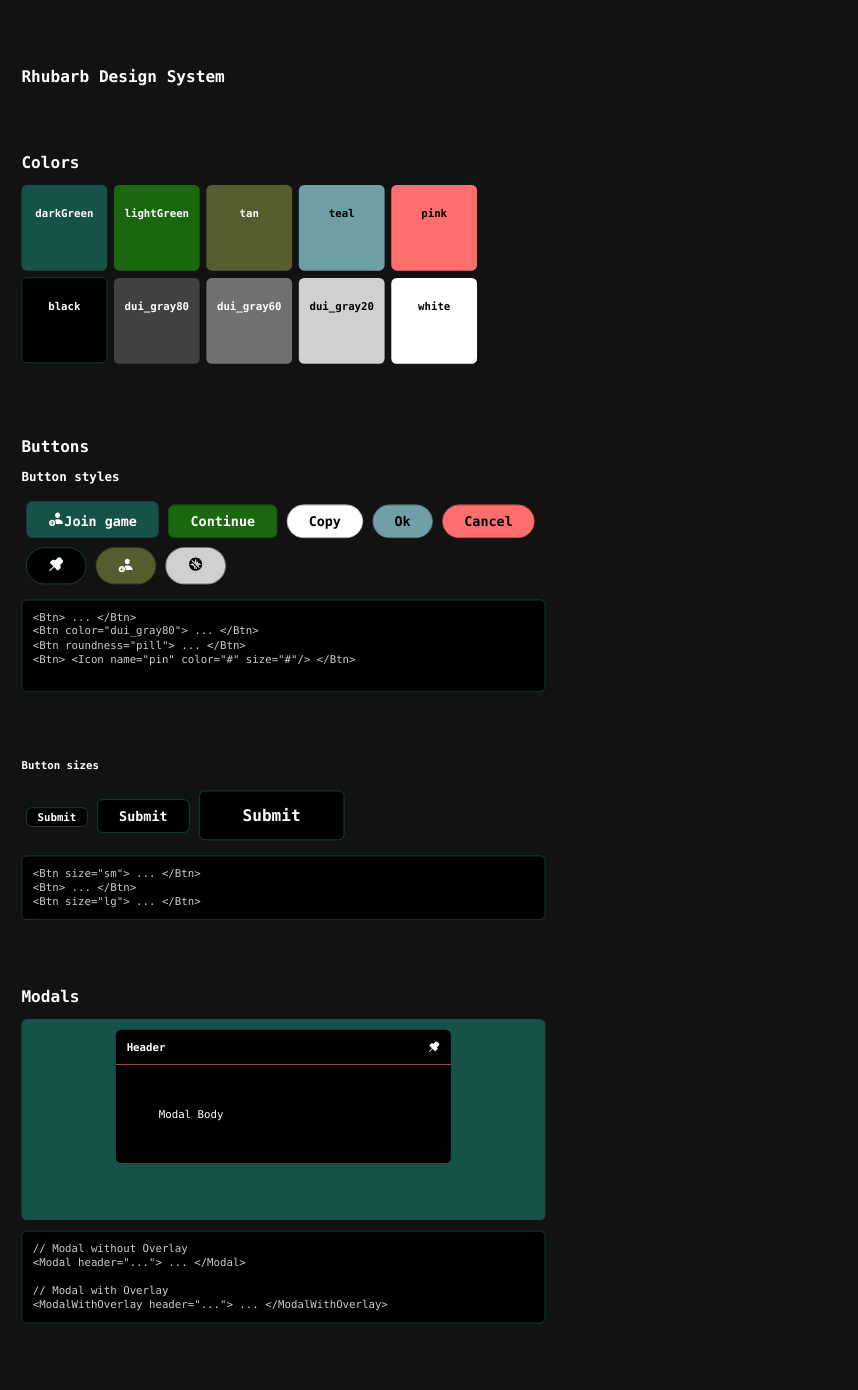
Repository: kttalley/designing-with-data_react-class
Page: / (app in lesson6_design-system-component-extension/)
An editor plug-in stored every save of this project. The page is shown before and after the next save, followed by the edit.
The browser window is 1280 px wide. The pictures show the whole page, at 67% of full size.
The project was rebuilt for these pictures with package versions that can differ from the ones it lists, and the page was loaded fresh each time. Imported but missing from the stored project, and not drawn on this page: lesson6_design-system-component-extension/src/Rhubarb/Input.

Above is the page before, as saved 2023-09-01 13:15:23.

### lesson6_design-system-component-extension/src/App.js
import React, { Component } from 'react';
import { DocsSection, DocsColorBox, DocsModalContainer, DocsCodeBlock } from './Docs';
import Icon from './Rhubarb/Icon'

import {
  GlobalStyle,
  Btn,
  Modal,
  fontSize,
  color,
} from './Rhubarb';

class App extends Component {
  render() {
    return (
      <div>
        <GlobalStyle />

        <DocsSection>
          <h1>Rhubarb Design System</h1>
        </DocsSection>
        <DocsSection>
          <h2>Colors</h2>
          <DocsColorBox color="darkGreen">darkGreen</DocsColorBox>
          <DocsColorBox color="lightGreen">lightGreen</DocsColorBox>
          <DocsColorBox color="tan">tan</DocsColorBox>
          <DocsColorBox color="teal">teal</DocsColorBox>
          <DocsColorBox color="pink">pink</DocsColorBox>
          <DocsColorBox color="black">black</DocsColorBox>
          <DocsColorBox color="dui_gray80">dui_gray80</DocsColorBox>
          <DocsColorBox color="dui_gray60">dui_gray60</DocsColorBox>
          <DocsColorBox color="dui_gray20">dui_gray20</DocsColorBox>
          <DocsColorBox color="white">white</DocsColorBox>
        </DocsSection>

        <DocsSection>
          <h2>Buttons</h2>
          <h3>Button styles</h3>
          <Btn color="darkGreen">
            <Icon name="add" context="btn" color="#ffffff" size={fontSize[3]}></Icon>
            Join game
          </Btn>
          <Btn color="lightGreen">Continue</Btn>
          <Btn color="white"  roundness="pill">Copy</Btn>
          <Btn color="teal"  roundness="pill">Ok</Btn>
          <Btn color="pink"  roundness="pill">Cancel</Btn>
          <Btn roundness="pill">
            <Icon name="pin" size={fontSize[3]} />
          </Btn>
          <Btn roundness="pill" color="tan">
            <Icon name="add" size={fontSize[3]} />
          </Btn>
          <Btn color="dui_gray20" roundness="pill">
            <Icon name="cancel" color={color.black} size={fontSize[3]}></Icon>
          </Btn>
          <DocsCodeBlock>
            {`<Btn> ... </Btn>
            <Btn color="dui_gray80"> ... </Btn>
            <Btn roundness="pill"> ... </Btn>
            <Btn> <Icon name="pin" color="#" size="#"/> </Btn>

            `}
          </DocsCodeBlock>
      </DocsSection>
      <DocsSection>
          <h4>Button sizes</h4>
          <Btn size="sm">Submit</Btn>
          <Btn>Submit</Btn>
          <Btn size="lg">Submit</Btn>
           <DocsCodeBlock>
            {`<Btn size="sm"> ... </Btn>
            <Btn> ... </Btn>
            <Btn size="lg"> ... </Btn>
            `}
          </DocsCodeBlock>
        </DocsSection>


        <DocsSection>
          <h2>Modals</h2>
         <DocsModalContainer>
            <Modal header="Header">
              Modal Body
            </Modal>

         </DocsModalContainer>
         <DocsCodeBlock>
            {` // Modal without Overlay
              <Modal header="..."> ... </Modal>

              // Modal with Overlay
              <ModalWithOverlay header="..."> ... </ModalWithOverlay>
            `}
          </DocsCodeBlock>

        </DocsSection>
      </div>
    );
  }
}

export default App;

### lesson6_design-system-component-extension/src/Docs/index.js
import styled from 'styled-components';
import {color, space, isDarkBackground, fontSize} from '../Rhubarb';

export const DocsColorBox = styled.div`
background-color: ${ props => color[props.color] ? color[props.color] : color.black };
  color: ${props => isDarkBackground(props.color) ? color.black : color.white};
  height: ${space[6] + 'px'};
  width: ${space[6] + 'px'};
  padding-top: 33px;
  text-align: center;
  font-weight: bold;
  display: inline-block;
  margin-right: 10px;
  margin-bottom: 10px;
  border-radius: 8px;
  border: ${props => props.color === "black" ? '1px solid' + color.darkGreen : 'none'}
`;

export const DocsSection = styled.section`
  margin: 100px 32px;
  max-width: 782px;
`;

export const DocsModalContainer = styled.section`
  position: relative;
  height: 300px;
  border-radius: 8px;
  padding: 1rem;
  background: ${color.darkGreen}
`;

export const DocsCodeBlock = styled.code`
  border: 1px solid ${color.darkGreen};
  background-color: ${color.black};
  color: ${color.dui_gray20};
  border-radius: 8px;
  display: block;
  font-family: consolas, monospace;
  line-height: 1.3;
  padding: ${space[3] + 'px'};
  white-space: pre-line;
  font-size: ${fontSize[1]};
  margin-top: ${space[3] + 'px'};
   max-width: 832px;
  transition: 0.15s color ease;

  &::selection {
    color: ${color.black};
    background-color: ${color.pink};
  }

  &:hover {
    color: ${color.white};
  }


`;

### lesson6_design-system-component-extension/src/Rhubarb/Icon.js
import React from 'react';
import Styled, { css } from 'styled-components'



const Icon = function(props) {
    const {name, context, color="white", size=16, ...rest} = props;
    const Drawing = IconMap[name] ? IconMap[name] : null;
    const iconStyles = {
        ...(context === 'btn' && {
            marginRight: '200px',
            color: "red",
            padding: '8px',
            size: '500px'

        }),
    }

    return (
        <svg
            width={size}
            height={size}
            {...rest}
            viewBox="0 0 32 32"
        >
            <Drawing color={color} />
        </svg>

    );

}

function Add(props) {
    return (
        <path fill={props.color} d="M18.6025 16.2451C15.8604 16.2451 13.5879 13.8203 13.5879 10.6846C13.5752 7.65039 15.8857 5.25098 18.6025 5.25098C21.332 5.25098 23.6172 7.625 23.6172 10.6719C23.6172 13.8203 21.3447 16.2451 18.6025 16.2451ZM18.5898 18.5176C25.1406 18.5176 29.2158 23.0117 29.2158 26.2744C29.2158 27.3789 28.5049 27.874 26.7783 27.874H15.4033C15.5303 27.3408 15.5938 26.7695 15.5938 26.1982C15.5938 23.6973 14.4004 21.4756 12.5596 20.0537C14.1719 19.127 16.2158 18.5176 18.5898 18.5176ZM7.79883 32.5078C4.3457 32.5078 1.48926 29.6641 1.48926 26.1982C1.48926 22.7324 4.3457 19.876 7.79883 19.876C11.2646 19.876 14.1211 22.7324 14.1211 26.1982C14.1211 29.6514 11.2393 32.5078 7.79883 32.5078ZM7.81152 30.3496C8.20508 30.3496 8.52246 30.0703 8.52246 29.6641V26.8584H11.125C11.5059 26.8584 11.8105 26.5664 11.8105 26.1855C11.8105 25.8047 11.5059 25.5127 11.125 25.5127H8.52246V22.7197C8.52246 22.3008 8.20508 22.0342 7.81152 22.0342C7.41797 22.0342 7.10059 22.3008 7.10059 22.7197V25.5127H4.48535C4.11719 25.5127 3.8125 25.8047 3.8125 26.1855C3.8125 26.5664 4.11719 26.8584 4.48535 26.8584H7.10059V29.6641C7.10059 30.0703 7.41797 30.3496 7.81152 30.3496Z"></path>
    )
}


function Pin(props) {
    return (
        <path fill={props.color} d="M28.1831 13.4035C28.601 12.9858 28.9325 12.49 29.1587 11.9442C29.3849 11.3984 29.5014 10.8134 29.5015 10.2226C29.5016 9.63174 29.3853 9.0467 29.1592 8.50084C28.9332 7.95498 28.6019 7.45899 28.1841 7.0412L24.9849 3.82147C24.1379 2.97781 22.9906 2.50501 21.7951 2.50703C20.5997 2.50904 19.454 2.9857 18.6099 3.83221L14.354 8.35272C14.2599 8.44609 14.1326 8.49847 14 8.49847C13.8674 8.49847 13.7402 8.44609 13.646 8.35272C13.2271 7.93628 12.7279 7.60921 12.1789 7.39132C11.6298 7.17344 11.0422 7.06928 10.4517 7.08514C9.25462 7.11643 8.11615 7.60989 7.27491 8.46209L3.93702 11.9504C3.65616 12.2318 3.49835 12.6131 3.49816 13.0107C3.49797 13.4083 3.65543 13.7898 3.93602 14.0715L10.2144 20.3666L2.29341 28.2931C2.20056 28.386 2.12691 28.4962 2.07666 28.6175C2.02641 28.7389 2.00055 28.8689 2.00055 29.0002C2.00055 29.1315 2.02641 29.2615 2.07666 29.3828C2.12691 29.5041 2.20056 29.6144 2.29341 29.7072C2.38626 29.8001 2.49649 29.8737 2.6178 29.924C2.73911 29.9742 2.86913 30.0001 3.00044 30.0001C3.13175 30.0001 3.26177 29.9742 3.38308 29.924C3.5044 29.8737 3.61462 29.8001 3.70747 29.7072L11.6266 21.7825L17.8891 28.0617C18.0288 28.2015 18.1948 28.3122 18.3775 28.3877C18.5602 28.4631 18.7559 28.5016 18.9536 28.5012C19.1477 28.5019 19.3402 28.4644 19.5198 28.3906C19.6995 28.3169 19.8628 28.2084 20.0004 28.0715L23.5463 24.718C24.4021 23.8866 24.8934 22.7498 24.9124 21.5568C24.9315 20.3638 24.4767 19.212 23.6479 18.3537C23.555 18.2608 23.5025 18.135 23.5015 18.0036C23.5006 17.8722 23.5515 17.7458 23.643 17.6515L28.1831 13.4035Z"></path>
    )
}
function Cancel(props) {
    return (
        <path fill={props.color} d="M29 16C29 23.1797 23.1797 29 16 29C8.8203 29 3 23.1797 3 16C3 8.8203 8.8203 3 16 3C23.1797 3 29 8.8203 29 16ZM16.9957 6.9078C16.9481 6.39344 16.5166 6 16 6C15.4834 6 15.0519 6.39344 15.0043 6.9078L14.438 13.0238L13.796 12.3818L13.6593 11.265C13.5997 10.7785 13.1962 10.4068 12.7064 10.3873C12.4524 10.3772 12.2141 10.4634 12.0298 10.6156L9.70711 8.29289C9.31658 7.90237 8.68342 7.90237 8.29289 8.29289C7.95024 8.63555 7.90824 9.16501 8.16689 9.55346L22.4466 23.8331C22.835 24.0918 23.3645 24.0498 23.7071 23.7071C24.0976 23.3166 24.0976 22.6834 23.7071 22.2929L21.6914 20.2772C21.812 20.1618 21.9048 20.0154 21.9562 19.8473L22.6544 17.5661C22.8345 17.7326 23.0745 17.8319 23.3333 17.8319H26C26.5523 17.8319 27 17.3842 27 16.8319C27 16.2796 26.5523 15.8319 26 15.8319H24.118L23.638 13.8714C23.5309 13.4342 23.145 13.1224 22.6951 13.1096C22.2452 13.0968 21.8422 13.3862 21.7105 13.8166L21.194 15.5038L20.3131 11.1866C20.2151 10.7063 19.7834 10.3679 19.2936 10.3873C18.8038 10.4068 18.4003 10.7785 18.3407 11.265L17.8046 15.6439L16.9957 6.9078ZM18.9044 23.1194L16.2417 20.4567L16.6709 25.0922C16.718 25.6009 17.1411 25.9924 17.6519 25.9999C18.1628 26.0074 18.5972 25.6287 18.6593 25.1215L18.9044 23.1194ZM15.7993 20.0142L10.8878 15.1028L10.806 15.5038L10.593 14.808L8.96462 13.1796C8.67 13.2965 8.4407 13.5501 8.36203 13.8714L7.88198 15.8319H6C5.44772 15.8319 5 16.2796 5 16.8319C5 17.3842 5.44772 17.8319 6 17.8319H8.66667C8.92551 17.8319 9.16553 17.7326 9.3456 17.5661L10.0438 19.8473C10.1776 20.2846 10.5911 20.5754 11.0478 20.5535C11.5046 20.5316 11.8884 20.2026 11.9798 19.7545L12.4197 17.5986L13.3407 25.1215C13.4028 25.6287 13.8372 26.0074 14.3481 25.9999C14.8589 25.9924 15.282 25.6009 15.3291 25.0922L15.7993 20.0142ZM19.7257 18.3115L19.5184 18.1042L19.5803 17.5986L19.7257 18.3115Z"/>
    )
};




const IconMap = {
    "add": Add,
    "pin": Pin,
    "cancel": Cancel,
};


export default Icon;

### lesson6_design-system-component-extension/src/Rhubarb/index.js
//this file indexes all Rhubarb components for export

import { createGlobalStyle } from "styled-components";

export const GlobalStyle = createGlobalStyle`
  * {
    box-sizing: border-box;
  }

  body {
    margin: 0;
    padding: 0;
    font-family: menlo, sans-serif;
    background-color: #121212;
    color: white;
  }
`;


export * from './Button';
export * from './Input';
export * from './Utils';
export * from './Modal';
export * from './Icon';

### lesson6_design-system-component-extension/src/Rhubarb/Button.js
import { color, space, isDarkBackground, fontSize} from './Utils';
import styled, { css } from 'styled-components';

export const Btn = styled.button`
  background-color: ${ props => color[props.color] ? color[props.color] : color.black };
  color: ${props => isDarkBackground(props.color) ? color.black : color.white};
  outline: 1px solid ${ props => color[props.color] ? color[props.color] : color.darkGreen };
  border-radius: 8px;
  padding: ${space[3] + 'px'};
  margin: ${space[2] + 'px'};
  font-family: menlo;
  font-weight: bold;
  border: none;
  transition: 0.1s all ease;
  font-size: ${fontSize[2]};
  padding: ${space[2] + 4 + 'px'} ${space[4] + 'px'};

  &:hover {
    cursor: pointer;
    filter: brightness(1.1);
    transform: scale(1.1);
  }

  ${props => props.size === 'sm' && css`
    font-size: ${fontSize[1]};
    padding: ${space[1] + 2 + 'px'} ${space[3] + 'px'};
  ` }

    ${props => props.size === 'lg' && css`
      font-size: ${fontSize[3]};
      padding: ${space[3] + 6 + 'px'} ${space[5] + 'px'};
  ` }

  ${props => props.roundness === 'pill' && css`
    border-radius: 32px;
  `}

  ${props => props.color === "black" && css`
    outline: 2px solid green;

  `}


`;

### lesson6_design-system-component-extension/src/Rhubarb/Utils.js
export const color = {

  //core colors
  darkGreen: '#165247',
  tan: '#565C2D',
  lightGreen: '#1A6710',
  teal: '#719FA7',
  pink: '#FF6E6E',

  //grayscale - needs lui
  black: '#000000',
  dui_gray80: '#FFFFFF33',
  dui_gray60: '#FFFFFF66',
  dui_gray40: '##FFFFFF44',
  dui_gray20: '#FFFFFFCC',
  white: '#FFFFFF',
  // solid grays, no opacity,
  //for sake of utility function below
  gray1: '#606060',
  gray2: '#313131',
  gray3: '#181818'

}

export const space = [
  0,
  2,
  8,
  16,
  32,
  64,
  128,
  256,
  512
];

export const fontSize = [
  '14px',
  '16px',
  '20px',
  '24px',
  '32px',
  '64px'
];


export const isDarkBackground = function(color) {
  if (color) {
    if (color.includes('dui_gray20') || color.includes('teal') || color.includes('pink') || color.includes('white')) {
      return true;
    } else {
      return false;
    }
  }
}

### lesson6_design-system-component-extension/src/Rhubarb/Modal.js
import { color, space, fontSize, isDarkBackground} from './Utils';
import React from 'react';
import styled from 'styled-components';
import Icon from './Icon';

const ModalOverlay = styled.div`
  background-color: ${color.dui_gray80};
  position: fixed;
  right: 0;
  left: 0;
  top: 0;
  bottom: 0;
  padding: 1rem;
  margin: 1rem;
  border-radius: ${space[2] + 'px'};
`;

const ModalContainer = styled.div`
  background-color: ${color.black};
  margin: 0 auto;
  position: absolute:
  top: 75px;
  bottom: 75px;
  left: 0;
  right: 0;
  width: 500px;
  margin-left: auto;
  margin-right: auto;
  border-radius: 8px;
  overflow: auto;
  border: 1px solid ${color.pink}
  box-shadow: 0px 10px 20px black;
`;

const ModalHeader = styled.div`
  border-bottom: 1px solid ${color.pink};
  padding: ${space[3] + 'px'};
  display: flex;
  justify-content: space-between;
  font-weight: bold;
  font-size:${fontSize[1]};
`;

const ModalBody = styled.div`
  padding: ${space[5] + 'px'}

`;


const ModalDismissIcon = styled.div`
  float: right;
  transition: 0.2s opacity easy;
  cursor: pointer;

  &:hover {
    opacity: 0.6;
  }
`;


export const Modal = function(props) {
  return(
    <ModalContainer>
      <ModalHeader>
        <span>
          { props.header }
        </span>
        {/* <ModalDismissIcon onClick={ props.onDismiss } name="remove" size={20} fill={color.white} /> */}
        <Icon name="pin" onClick={ props.onDismiss} size={18}></Icon>
      </ModalHeader>
      <ModalBody>
        { props.children }
      </ModalBody>
    </ModalContainer>
  )
};


export const ModalWithOverlay = function(props) {
  return (
    <ModalOverlay>
      <Modal {...props} />
    </ModalOverlay>
  )
};

Loaded but not shown: lesson6_design-system-component-extension/public/index.html (common file); lesson6_design-system-component-extension/src/index.js (common file); lesson6_design-system-component-extension/src/index.css (common file); lesson6_design-system-component-extension/src/reportWebVitals.js (common file)

After the next save:
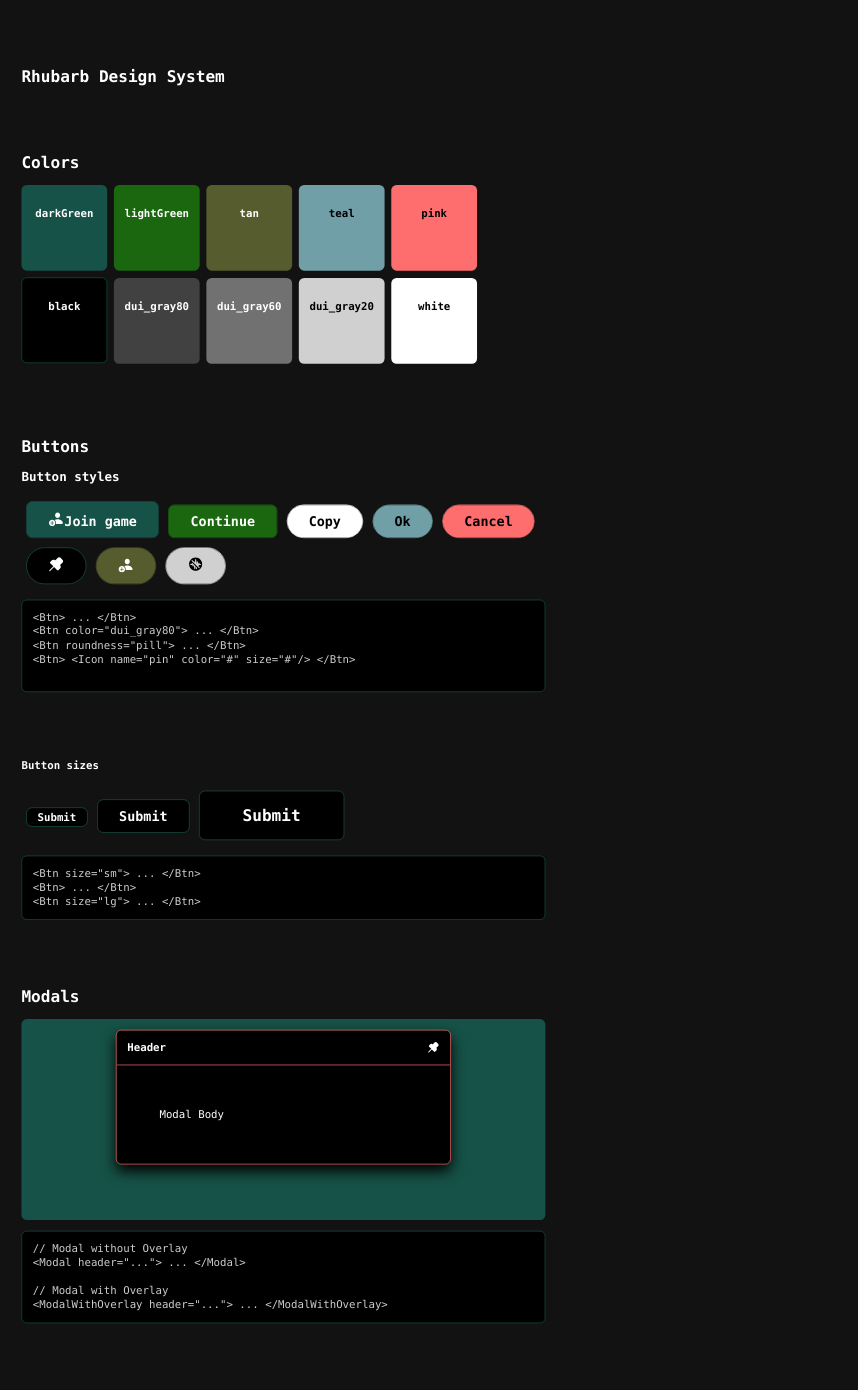
Saved 8 s later.
--- a/lesson6_design-system-component-extension/src/Rhubarb/Modal.js
+++ b/lesson6_design-system-component-extension/src/Rhubarb/Modal.js
@@ -28,7 +28,7 @@ const ModalContainer = styled.div`
   margin-right: auto;
   border-radius: 8px;
   overflow: auto;
-  border: 1px solid ${color.pink}
+  border: 1px solid ${color.pink};
   box-shadow: 0px 10px 20px black;
 `;
 
